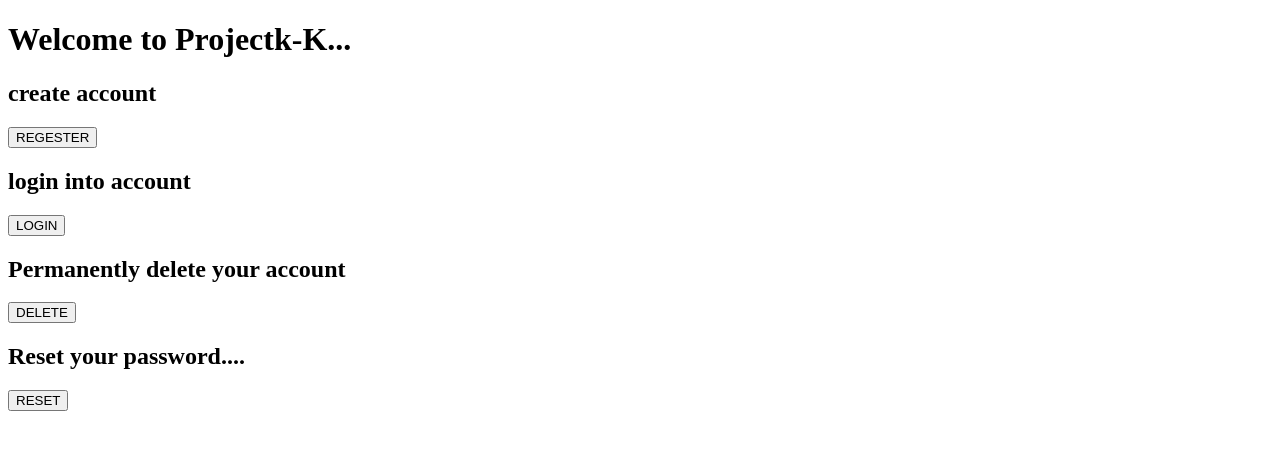
Repository: bpgujjari/Java-Logics
Page: conditional and looping programs/RathanSir/Project1/src/main/webapp/projectHome1.html
An editor plug-in stored every save of this project. The page is shown before and after the next save, followed by the edit.
The browser window is 1280 px wide. The pictures show the whole page.

Above is the page before, as saved 2023-03-15 18:39:30.

### conditional and looping programs/RathanSir/Project1/src/main/webapp/projectHome1.html
<!DOCTYPE html>
<html>
<head>
<meta charset="ISO-8859-1">
<title>Insert title here</title>
</head>
<body>
<h1>Welcome to Projectk-K...</h1>
<h2>create account</h2>
<a href="Home.html"><input type="submit" value="REGESTER"></a>
<h2>login into account</h2>
<a href="login.html"><input type="submit" value="LOGIN"></a>
<h2>Permanently delete your account</h2>
<a href="delete.html"><input type="submit" value="DELETE"></a>
<h2>Reset your password....</h2>
<a href="reset.html"><input type="submit" value="RESET"></a>
</body>
</html>

After the next save:
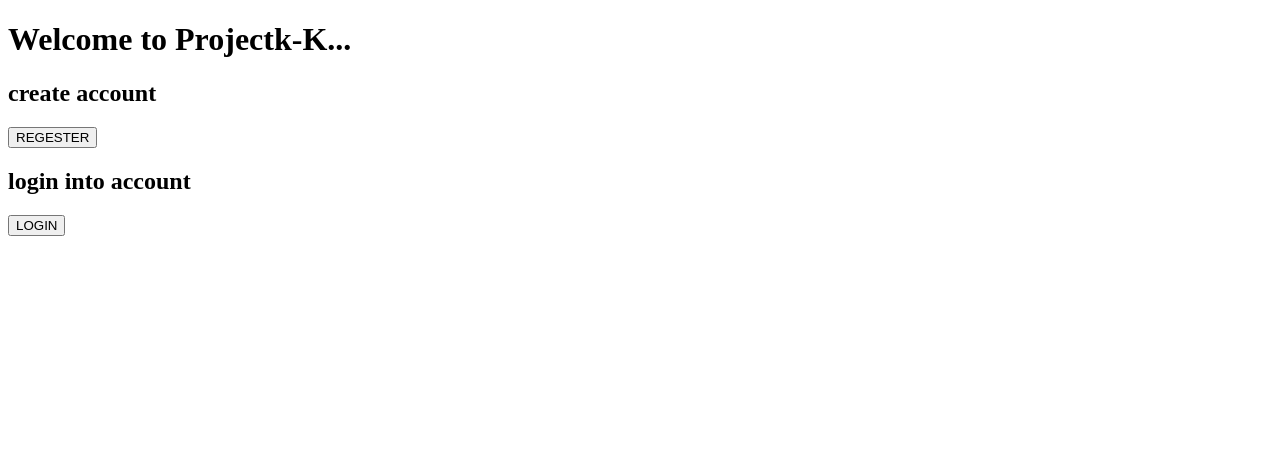
Saved 5 s later.
--- a/conditional and looping programs/RathanSir/Project1/src/main/webapp/projectHome1.html
+++ b/conditional and looping programs/RathanSir/Project1/src/main/webapp/projectHome1.html
@@ -10,9 +10,5 @@
 <a href="Home.html"><input type="submit" value="REGESTER"></a>
 <h2>login into account</h2>
 <a href="login.html"><input type="submit" value="LOGIN"></a>
-<h2>Permanently delete your account</h2>
-<a href="delete.html"><input type="submit" value="DELETE"></a>
-<h2>Reset your password....</h2>
-<a href="reset.html"><input type="submit" value="RESET"></a>
 </body>
 </html>
